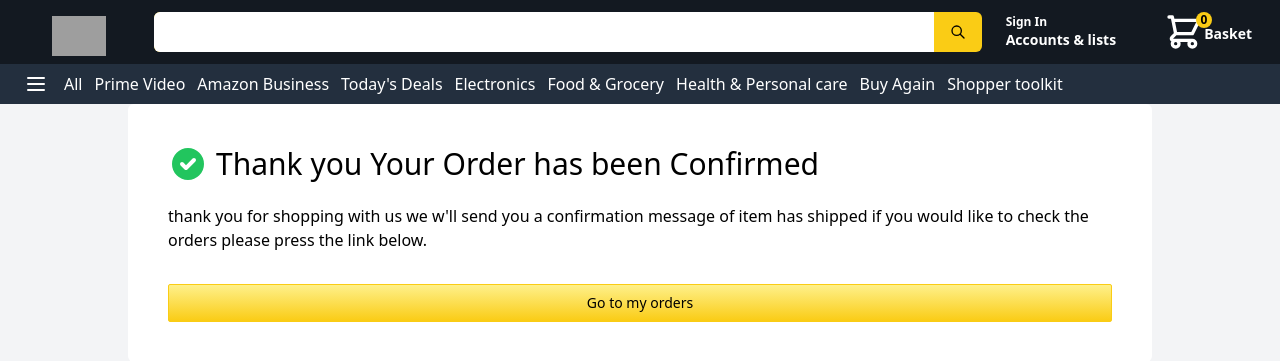
Repository: SehajBindra/Amazon-clone
Page: /success
These files come from the project's save history. The page is drawn as it stood at one moment and after the next save; the edit follows.
The browser window is 1280 px wide. The pictures show the whole page.
Pictures or frames that could not be fetched are drawn as grey boxes. The page's requests for data from a server got no answer. The project was rebuilt for these pictures with package versions that can differ from the ones it lists, and the page was loaded fresh each time. The framework's server and built-in components were replaced by stand-ins that run in the browser. No one was signed in, and anything a server would have sent is missing. Also part of the build but not shown: next.config.js.

Above is the page before, as saved 2022-08-14 00:47:42.

After the next save:
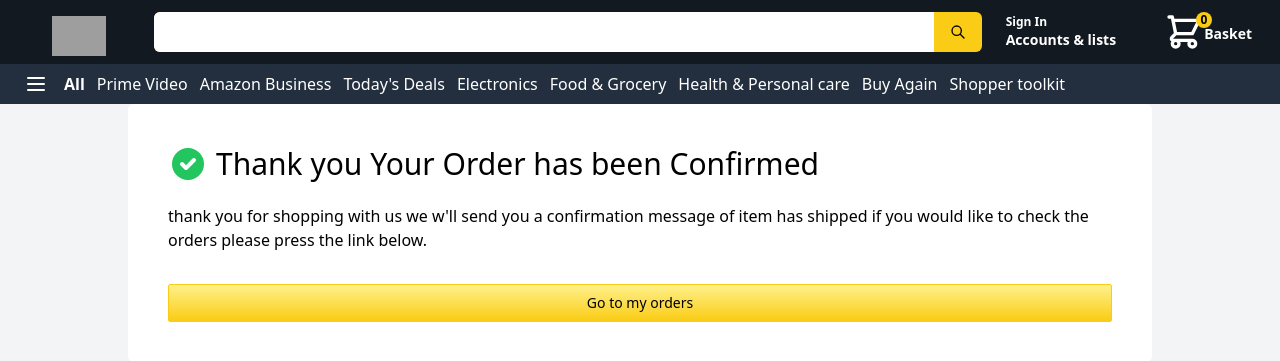
Saved 17 s later.
--- a/Components/Header.js
+++ b/Components/Header.js
@@ -64,7 +64,7 @@
       {/* bottom Nav */}
       <div className="flex items-center bg-amazon_light_blue text-white space-x-3 pl-6 p-2">
         <MenuIcon className="h-6 mr-1" />
-        <p className="link text-sm md:text-base">All</p>
+        <p className="link text-xs font-semibold md:text-base">All</p>
         <p className="link text-xs md:text-base"> Prime Video</p>
         <p className="link text-xs md:text-base"> Amazon Business</p>
         <p className="link text-xs md:text-base"> Today's Deals</p>
